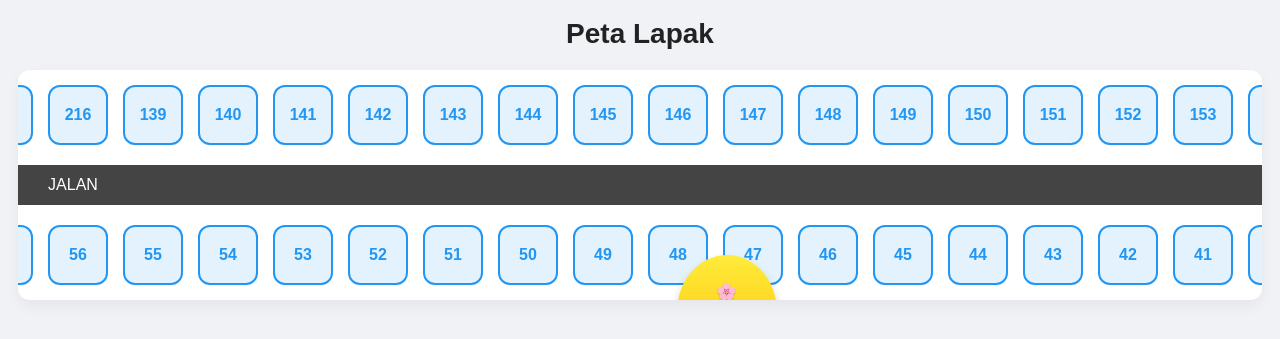
Repository: pasarrakyatbak/denah
Page: index.html
The author's editor kept a copy of each file at every save. The page is drawn from the files as they stood at one save, then again after a run of saves.
The browser window is 1280 px wide. The pictures show the whole page.

Above is the page before, as saved 2025-09-19 08:49:03.

### index.html
<!DOCTYPE html>
<html lang="id">

<head>
    <meta charset="utf-8" />
    <meta name="viewport" content="width=device-width,initial-scale=1" />
    <title>Peta Lapak</title>
    <link rel="stylesheet" href="style.css" />
</head>

<body>
    <h1>Peta Lapak</h1>

    <div class="scroll-container">
        <div class="h-inner">
            <!-- Baris atas: sisi kanan -->
            <div class="row top" id="right-side"></div>

            <!-- Jalan horizontal -->
            <div class="road" id="road">JALAN</div>

            <!-- Baris bawah: sisi kiri -->
            <div class="row bottom" id="left-side"></div>
        </div>
    </div>

    <script src="script.js"></script>
</body>

</html>

### style.css
/* Reset & Base */
* {
    margin: 0;
    padding: 0;
    box-sizing: border-box;
}

body {
    font-family: 'Poppins', sans-serif;
    background: #f0f2f5;
    color: #222;
    padding: 18px;
    text-align: center;
}

h1 {
    font-size: 28px;
    margin-bottom: 20px;
}

/* Scroll horizontal container */
.scroll-container {
    position: relative;
    width: 100%;
    overflow-x: auto;
    overflow-y: hidden;
    background: #fff;
    border-radius: 12px;
    padding: 15px;
    box-shadow: 0 6px 15px rgba(0, 0, 0, 0.05);
}

/* Flex column */
.h-inner {
    display: flex;
    flex-direction: column;
    gap: 20px;
    min-width: max-content;
}

/* Row lapak */
.row {
    display: flex;
    gap: 15px;
    align-items: center;
    min-width: max-content;
}

/* Kotak lapak modern */
.lapak {
    width: 60px;
    height: 60px;
    border-radius: 12px;
    background: #e3f2fd;
    border: 2px solid #2196f3;
    color: #2196f3;
    font-weight: 600;
    display: flex;
    align-items: center;
    justify-content: center;
    transition: all 0.2s ease;
    cursor: pointer;
}

.lapak:hover {
    background: #2196f3;
    color: #fff;
    transform: scale(1.1);
    box-shadow: 0 4px 12px rgba(0, 0, 0, 0.15);
}

/* Jalan */
.road {
    height: 40px;
    background: #444;
    color: #fff;
    display: flex;
    align-items: center;
    justify-content: center;
    border-radius: 10px;
    padding: 0 10px;
    min-width: max-content;
}

/* Gerbang */
.jalan-gerbang {
    width: 130px;
    height: 45px;
    background: #ff9800;
    color: #fff;
    display: flex;
    align-items: center;
    justify-content: center;
    border-radius: 10px;
    font-weight: 700;
    transition: all 0.2s;
}

.jalan-gerbang:hover {
    background: #fb8c00;
    transform: scale(1.05);
}

/* GAPURA MODERN */
.gapura {
    position: absolute;
    display: flex;
    align-items: flex-end;
    justify-content: center;
    z-index: 100;
}

.gapura .tiang {
    width: 20px;
    height: 100%;
    background: #6d4c41;
    border-radius: 6px;
    margin: 0 8px;
    box-shadow: inset 0 0 5px #3e2723;
}

.gapura .atap {
    background: linear-gradient(to bottom, #ffeb3b, #ffc107);
    border-radius: 50% 50% 0 0;
    padding: 12px 50px;
    display: flex;
    flex-direction: column;
    align-items: center;
    box-shadow: 0 6px 10px rgba(0, 0, 0, 0.2);
}

.gapura .dekor-atas {
    width: 100%;
    height: 10px;
    background: #fbc02d;
    border-radius: 50%;
    margin-bottom: 5px;
}

.gapura .teks {
    font-weight: bold;
    font-size: 16px;
    color: #333;
    text-shadow: 0 1px 2px rgba(0, 0, 0, 0.2);
}

/* Responsive */
@media(max-width:900px) {
    .lapak {
        width: 50px;
        height: 50px;
        font-size: 14px;
    }

    .jalan-gerbang {
        width: 100px;
        height: 38px;
        font-size: 13px;
    }
}

@media(max-width:480px) {
    .lapak {
        width: 40px;
        height: 40px;
        font-size: 12px;
    }

    .jalan-gerbang {
        width: 80px;
        height: 34px;
        font-size: 12px;
    }
}

### script.js
// DATA NOMOR
const leftNumbers = [1, 2, 3, 4, 5, 6, 7, 8, 9, 10, 11, 15, 16, 17, 18, 19, 20, 21, 22, 23, 24, 25, 26, 27, 28, 29, 30, 31, 32, 33, 34, 35, 36, 37, 38, 39, 40, 41, 42, 43, 44, 45, 46, 47, 48, 49, 50, 51, 52, 53, 54, 55, 56, 57, 58, 59, 60, 61, 62, 63, 64, 65, 66, 67, 68, 69, 70, 71, 72, 73, 74, 75, 76, 77, 78, 79, 80, 81, 82, 83, 84, 85, 86, 87, 88, 89, 90, 91, 92, 93, 94, 95, 96, 97, 98, 99, 100, 101, 102, 103, 104, 186, 187, 188, 189, 190, 191, 192, 193];
const rightNumbers = [194, 195, 196, 197, 198, 199, 200, 201, 202, 203, 204, 205, 206, 207, 208, 209, 210, 211, 212, 213, 105, 106, 107, 108, 109, 110, 111, 112, 113, 114, 115, 116, 117, 118, 119, 120, 121, 122, 123, 124, 125, 126, 127, 128, 129, 130, 131, 132, 133, 134, 135, 136, 137, 138, 214, 215, 216, 139, 140, 141, 142, 143, 144, 145, 146, 147, 148, 149, 150, 151, 152, 153, 154, 155, 156, 157, 158, 159, 160, 161, 162, 163, 164, 165, 166, 167, 168, 169, 170, 171, 172, 173, 174, 175, 176, 177, 178, 179, 180, 181, 182, 183, 184, 185];

const rightSide = document.getElementById('right-side');
const leftSide = document.getElementById('left-side');
const road = document.getElementById('road');
const hInner = document.querySelector('.h-inner');
const scrollContainer = document.querySelector('.scroll-container');

// Fungsi buat lapak
function makeLapak(num) {
    const d = document.createElement('div'); d.className = 'lapak'; d.textContent = num; return d;
}
rightNumbers.forEach(n => rightSide.appendChild(makeLapak(n)));
leftNumbers.slice().reverse().forEach(n => leftSide.appendChild(makeLapak(n)));

// Gerbang di sisi kiri
function insertGerbangBetween(parent, a, b, label = 'Gerbang Sekolah') {
    const children = Array.from(parent.children);
    const idxA = children.findIndex(c => c.textContent == String(a));
    const idxB = children.findIndex(c => c.textContent == String(b));
    if (idxA === -1 || idxB === -1) return;
    const insertAfterIndex = Math.min(idxA, idxB);
    const refNode = parent.children[insertAfterIndex + 1] || null;
    const g = document.createElement('div'); g.className = 'jalan-gerbang'; g.textContent = label;
    parent.insertBefore(g, refNode);
}
insertGerbangBetween(leftSide, 2, 3);
insertGerbangBetween(leftSide, 11, 15);

// Gapura
const gapura = document.createElement('div'); gapura.className = 'gapura';
gapura.innerHTML = `
<div class="tiang kiri"></div>
<div class="atap">
  <div class="dekor-atas"></div>
  <div class="teks">🌸 SELAMAT DATANG 🌸</div>
</div>
<div class="tiang kanan"></div>`;
scrollContainer.appendChild(gapura);

// Posisi presisi
function adjustGapuraModern() {
    const lapakBawah57 = Array.from(leftSide.children).find(c => c.textContent == '57');
    const lapakBawah58 = Array.from(leftSide.children).find(c => c.textContent == '58');
    const lapakAtas145 = Array.from(rightSide.children).find(c => c.textContent == '145');
    const lapakAtas146 = Array.from(rightSide.children).find(c => c.textContent == '146');
    if (!lapakBawah57 || !lapakBawah58 || !lapakAtas145 || !lapakAtas146) return;

    const rect57 = lapakBawah57.getBoundingClientRect();
    const rect58 = lapakBawah58.getBoundingClientRect();
    const rect145 = lapakAtas145.getBoundingClientRect();
    const rect146 = lapakAtas146.getBoundingClientRect();
    const scrollRect = scrollContainer.getBoundingClientRect();

    gapura.style.position = 'absolute';
    gapura.style.top = `${(rect57.top + rect58.top + rect57.height) / 2 - scrollRect.top}px`;
    const leftGapura = (rect145.left + rect146.left + rect145.width) / 2 - scrollRect.left;
    gapura.style.left = `${leftGapura}px`;

    // Lebar atap
    const atap = gapura.querySelector('.atap');
    const jarakHorizontal = rect146.left - rect145.left;
    atap.style.width = Math.min(400, jarakHorizontal) + 'px';

    // Scroll otomatis
    scrollContainer.scrollLeft = leftGapura - scrollContainer.clientWidth / 2;
}
adjustGapuraModern();
window.addEventListener('resize', () => { clearTimeout(window._adjustTimeout); window._adjustTimeout = setTimeout(adjustGapuraModern, 120); });

After the next 2 saves:
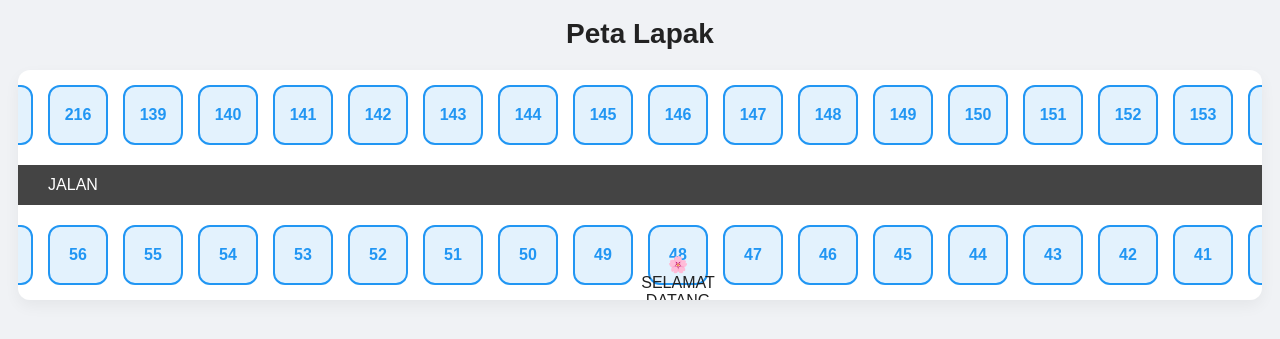
The 2 saves are shown as one change because they came seconds apart.
The last was saved 12 s later.
--- a/style.css
+++ b/style.css
@@ -101,49 +101,6 @@ h1 {
     transform: scale(1.05);
 }
 
-/* GAPURA MODERN */
-.gapura {
-    position: absolute;
-    display: flex;
-    align-items: flex-end;
-    justify-content: center;
-    z-index: 100;
-}
-
-.gapura .tiang {
-    width: 20px;
-    height: 100%;
-    background: #6d4c41;
-    border-radius: 6px;
-    margin: 0 8px;
-    box-shadow: inset 0 0 5px #3e2723;
-}
-
-.gapura .atap {
-    background: linear-gradient(to bottom, #ffeb3b, #ffc107);
-    border-radius: 50% 50% 0 0;
-    padding: 12px 50px;
-    display: flex;
-    flex-direction: column;
-    align-items: center;
-    box-shadow: 0 6px 10px rgba(0, 0, 0, 0.2);
-}
-
-.gapura .dekor-atas {
-    width: 100%;
-    height: 10px;
-    background: #fbc02d;
-    border-radius: 50%;
-    margin-bottom: 5px;
-}
-
-.gapura .teks {
-    font-weight: bold;
-    font-size: 16px;
-    color: #333;
-    text-shadow: 0 1px 2px rgba(0, 0, 0, 0.2);
-}
-
 /* Responsive */
 @media(max-width:900px) {
     .lapak {
